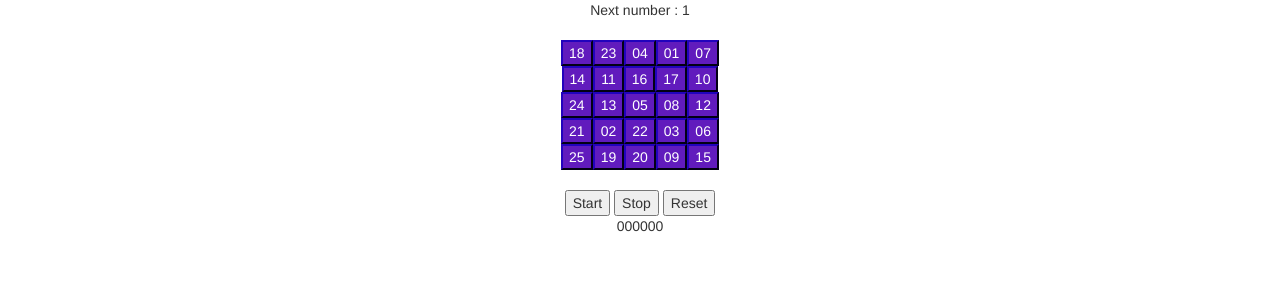
Repository: mikelily/lab
Page: oneTo25/game.2.1.html
The author's editor kept a record of every edit. The page is drawn from the files as they stood at one moment, then again after the next edit.
The browser window is 1280 px wide. The pictures show the whole page.

Above is the page before.
Console error: TypeError: Cannot set properties of null (setting 'onclick')
Not found: oneTo25/css/stopwatch.css

### oneTo25/game.2.1.html
<!DOCTYPE html>
<html>
    <head>
        <meta charset="UTF-8">
        <title>1 - 25</title>

        <meta name="viewport" content="width=device-width, initial-scale=1">
        <link href="css/bootstrap.min.css" rel="stylesheet">
        <link href="css/bootstrap-button.css" rel="stylesheet">
        <link rel="stylesheet" href="css/stopwatch.css">

        <link href="css/style_ok.css" rel="stylesheet">
        <script type="text/javascript" src="js/jquery.js"></script>

        <script>

            var oneTo25 = [];
            // var oneTo25Random = [];
            for (var i=0;i<25;i++){
                if(i<9){
                    oneTo25[i] = "0"+(i+1);
                }else
                    oneTo25[i] = i+1;
            }

            $(document).ready(function () {
                placeBtn();
                //startTimer();
            });

            $(".num25").each(function (key, obj) {
                $(obj).data("num25", oneTo25[key]);
            })

            function placeBtn(){
                $("#nextN").text(nextNum);

                var html = "";
                var brNow = 0;
                random25();
                for (i = 0 ; i < 25 ; i++){
                    if(brNow==5){
                        html += "<br>";
                        brNow =0;
                    }
                    html += '<button type="button" name="btn'+oneTo25[i]+'" id="btn'+
                    oneTo25[i]+'"class="num25 btn-num" data-num25="btn'+oneTo25[i]+
                    '" onclick="btnClick('+oneTo25[i]+')">'+oneTo25[i]+' </button>';
                    brNow++;
                }
                $("#container").html(html);

            }
        </script>
    </head>
    <body>
        <center>
            <!--<div> -->
            <!--    <text>Timer : </text>-->
            <!--    <text id="timerS"></text><br>-->
            <!--</div>-->

            <!--<canvas id="canvas" width=300 height=300></canvas>-->
            <div>
                <text>Next number : </text>
                <text id="nextN"></text>
            </div>
            <br>
            <div id="container"></div><br>
            <!--<div>-->
            <!--    <button onclick="btnTest()">test</button>-->
            <!--</div>-->
            <div class="stopwatch">
                <div class="controls">
                    <button id ="startbtn" class="start">Start</button>
                    <button class="stop">Stop</button>
                    <button class="reset">Reset</button>
                </div>
                <div class="display">
                    <span class="minutes">00</span><span class="seconds">00</span><span class="centiseconds">00</span>
                </div>
            </div>
            <script type="text/javascript" src="js/stopwatch.js"></script>
            <script>


            function btnTest(){
                placeBtn();   //new game
                //startTimer();

            }

            var nextNum = 1;
            var rightNum = -1;

            function btnClick(i){
                console.log(i);
                if(nextNum == i){
                    nextNum++;  //if nextNum == 26 -> End Game
                    if (nextNum == 26){
                        nextNum = 1;
                        //endGame
                    }


                    $("#nextN").text(nextNum);

                    if(i<10){
                        $("#btn0"+i).prop('disabled', true);
                        $("#btn0"+i).removeClass("btn-num");
                        $("#btn0"+i).addClass("btn-numC");
                    }else{
                        $("#btn"+i).prop('disabled', true);
                        $("#btn"+i).removeClass("btn-num");
                        $("#btn"+i).addClass("btn-numC");
                    }
                }


                //console.log(i);
            }

            function random25(){
                for(var i=0;i<50;i++){  //打亂50次
                    var twoNum = getRandomArray(0,24,2);
                    var j = twoNum[0];
                    var k = twoNum[1];
                    var temp = "";
                    temp = oneTo25[j];
                    oneTo25[j] = oneTo25[k];
                    oneTo25[k] = temp;
                    //console.log("第"+(i+1)+"次：change "+j+" , "+k);

                }
            }

            // =========Timer Code 1=========
            // var canvas=document.getElementById("canvas");
            // var ctx=canvas.getContext("2d");
            // var cw=canvas.width;
            // var ch=canvas.height;


            // var timers=[];
            // timers.push({delay:50,nextFireTime:0,doFunction:doTimers,counter:0});
            // timers.push({delay:1000,nextFireTime:0,doFunction:doTimers,counter:0});
            // timers.push({delay:5000,nextFireTime:0,doFunction:doTimers,counter:0});

            // requestAnimationFrame(timerLoop);

            // function timerLoop(currentTime){
            //   requestAnimationFrame(timerLoop);

            //   for(var i=0;i<timers.length;i++){
            //     if(currentTime>timers[i].nextFireTime){
            //       var t=timers[i];
            //       t.nextFireTime=currentTime+t.delay;
            //       t.doFunction(t,i);
            //     }
            //   }

            // }

            // function doTimers(t,i){
            //   ctx.clearRect(0,100+i*20-20,cw,20);
            //   ctx.fillText('Timer#'+i+' with '+t.delay+'ms delay has fired '+(++t.counter)+' times.',20,100+20*i);
            // }
            // =========Timer Code 1=========


            function getRandom(minNum, maxNum) {	//取得 minNum(最小值) ~ maxNum(最大值) 之間的亂數
            	return Math.floor( Math.random() * (maxNum - minNum + 1) ) + minNum;
            }

            function getRandomArray(minNum, maxNum, n) {	//隨機產生不重覆的n個數字
            	var rdmArray = [n];		//儲存產生的陣列

            	for(var i=0; i<n; i++) {
            		var rdm = 0;		//暫存的亂數

            		do {
            			var exist = false;			//此亂數是否已存在
            			rdm = getRandom(minNum, maxNum);	//取得亂數

            			//檢查亂數是否存在於陣列中，若存在則繼續回圈
            			if(rdmArray.indexOf(rdm) != -1) exist = true;

            		} while (exist);	//產生沒出現過的亂數時離開迴圈

            		rdmArray[i] = rdm;
            	}
            	return rdmArray;
            }
            </script>
        </center>
    </body>
</html>

### oneTo25/css/bootstrap-button.css
.btn-num {
  color: #ffffff;
  background-color: #611BBD;
  border-color: #130269;
  /*size: 20;*/
}

.btn-num:hover,
.btn-num:focus,
.btn-num:active,
.btn-num.active,
.open .dropdown-toggle.btn-num {
  color: #ffffff;
  background-color: #49247A;
  border-color: #130269;
}

.btn-num:active,
.btn-num.active,
.open .dropdown-toggle.btn-num {
  background-image: none;
}

.btn-num.disabled,
.btn-num[disabled],
fieldset[disabled] .btn-num,
.btn-num.disabled:hover,
.btn-num[disabled]:hover,
fieldset[disabled] .btn-num:hover,
.btn-num.disabled:focus,
.btn-num[disabled]:focus,
fieldset[disabled] .btn-num:focus,
.btn-num.disabled:active,
.btn-num[disabled]:active,
fieldset[disabled] .btn-num:active,
.btn-num.disabled.active,
.btn-num[disabled].active,
fieldset[disabled] .btn-num.active {
  background-color: #611BBD;
  border-color: #130269;
}

.btn-num .badge {
  color: #611BBD;
  background-color: #ffffff;
}

/*=============================*/

.btn-numC {
  color: #ffffff;
  background-color: #E8E1F2;
  border-color: #F3F2FA;
}

.btn-numC:hover,
.btn-numC:focus,
.btn-numC:active,
.btn-numC.active,
.open .dropdown-toggle.btn-numC {
  color: #ffffff;
  background-color: #F0EAF7;
  border-color: #F3F2FA;
}

.btn-numC:active,
.btn-numC.active,
.open .dropdown-toggle.btn-numC {
  background-image: none;
}

.btn-numC.disabled,
.btn-numC[disabled],
fieldset[disabled] .btn-numC,
.btn-numC.disabled:hover,
.btn-numC[disabled]:hover,
fieldset[disabled] .btn-numC:hover,
.btn-numC.disabled:focus,
.btn-numC[disabled]:focus,
fieldset[disabled] .btn-numC:focus,
.btn-numC.disabled:active,
.btn-numC[disabled]:active,
fieldset[disabled] .btn-numC:active,
.btn-numC.disabled.active,
.btn-numC[disabled].active,
fieldset[disabled] .btn-numC.active {
  background-color: #E8E1F2;
  border-color: #F3F2FA;
}

.btn-numC .badge {
  color: #E8E1F2;
  background-color: #ffffff;
}

### oneTo25/css/style_ok.css
/* Base styles (regardless of theme) */
.bs-callout {
    margin: 20px 0;
    padding: 15px 30px 15px 15px;
    border-left: 5px solid #eee;
}

.bs-callout h4 {
    margin-top: 0;
}

.bs-callout p:last-child {
    margin-bottom: 0;
}

.bs-callout code,
.bs-callout .highlight {
    background-color: #fff;
}

/* Themes for different contexts */
.bs-callout-danger {
    background-color: #fcf2f2;
    border-color: #dFb5b4;
}

.bs-callout-warning {
    background-color: #fefbed;
    border-color: #f1e7bc;
}

.bs-callout-info {
    background-color: #f0f7fd;
    border-color: #d0e3f0;
}

.bs-callout-danger h4,
.bs-callout-danger a.alert-link {
    color: #B94A48;
}

.bs-callout-warning h4,
.bs-callout-warning a.alert-link {
    color: #C09853;
}

.bs-callout-info h4,
.bs-callout-info a.alert-link {
    color: #3A87AD;
}

.bs-callout a.alert-link {
    font-weight: bold;
}

### oneTo25/js/stopwatch.js
var ss = document.getElementsByClassName('stopwatch');

[].forEach.call(ss, function (s) {
    var currentTimer = 0,
        interval = 0,
        lastUpdateTime = new Date().getTime(),
        start = s.querySelector('button.start'),
        stop = s.querySelector('button.stop'),
        reset = s.querySelector('button.reset'),
        mins = s.querySelector('span.minutes'),
        secs = s.querySelector('span.seconds'),
        cents = s.querySelector('span.centiseconds');
// mikelily Add
// $("#btn25").click(stopTimer());
var endBtn = document.getElementById("btn25");
endBtn.onclick = "endGame()";
function endGame() {
    stopTimer();
}

    start.addEventListener('click', startTimer);
    stop.addEventListener('click', stopTimer);
    reset.addEventListener('click', resetTimer);

    function pad (n) {
        return ('00' + n).substr(-2);
    }

    function update () {
        var now = new Date().getTime(),
            dt = now - lastUpdateTime;

        currentTimer += dt;

        var time = new Date(currentTimer);

        mins.innerHTML = pad(time.getMinutes());
        secs.innerHTML = pad(time.getSeconds());
        cents.innerHTML = pad(Math.floor(time.getMilliseconds() / 10));

        lastUpdateTime = now;
    }

    function startTimer () {
        if (!interval) {
            lastUpdateTime = new Date().getTime();
            interval = setInterval(update, 1);
        }
    }

    function stopTimer () {
        clearInterval(interval);
        interval = 0;
    }

    function resetTimer () {
        stopTimer();

        currentTimer = 0;

        mins.innerHTML = secs.innerHTML = cents.innerHTML = pad(0);
    }
});

Loaded but not shown: oneTo25/css/bootstrap.min.css (library); oneTo25/js/jquery.js (library)

After the next edit:
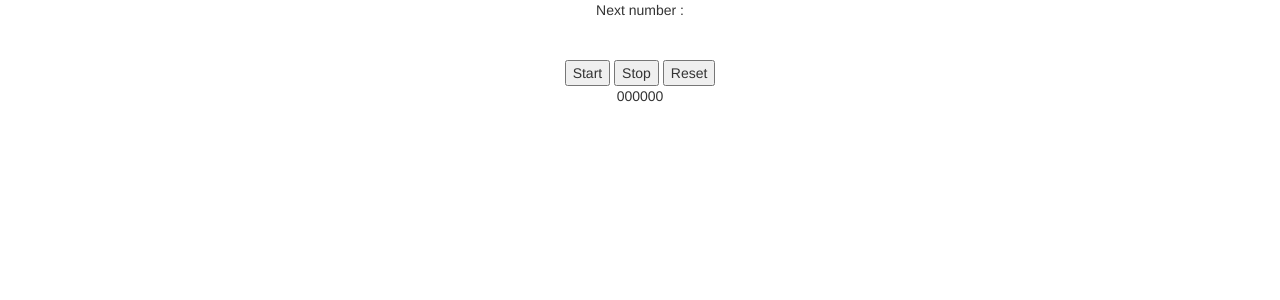
The edit:
--- a/oneTo25/game.2.1.html
+++ b/oneTo25/game.2.1.html
@@ -82,7 +82,14 @@
             </div>
             <script type="text/javascript" src="js/stopwatch.js"></script>
             <script>
-
+            $("#startbtn").click(){
+
+            };
+            function btnTest(){
+                placeBtn();   //new game
+                //startTimer();
+
+            }
 
             function btnTest(){
                 placeBtn();   //new game

After the 2 edits that followed:
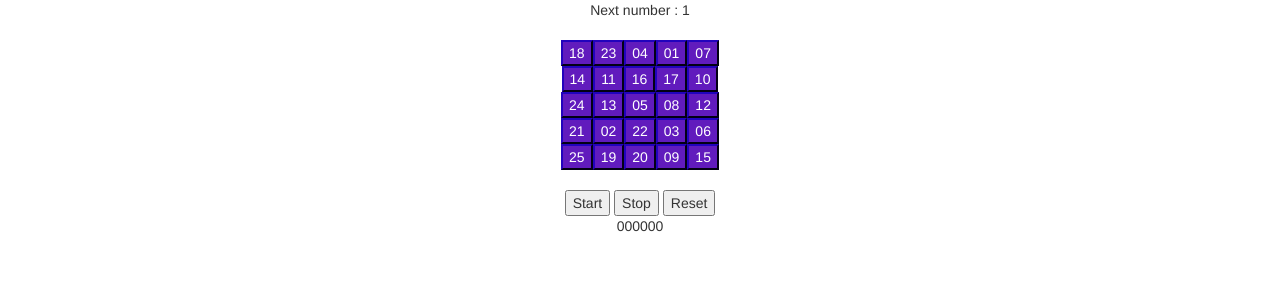
The 2 edits are shown as one change because 1 left the picture as it was.
The edit:
--- a/oneTo25/game.2.1.html
+++ b/oneTo25/game.2.1.html
@@ -82,9 +82,9 @@
             </div>
             <script type="text/javascript" src="js/stopwatch.js"></script>
             <script>
-            $("#startbtn").click(){
-
-            };
+            $("#startbtn").click()
+
+
             function btnTest(){
                 placeBtn();   //new game
                 //startTimer();
